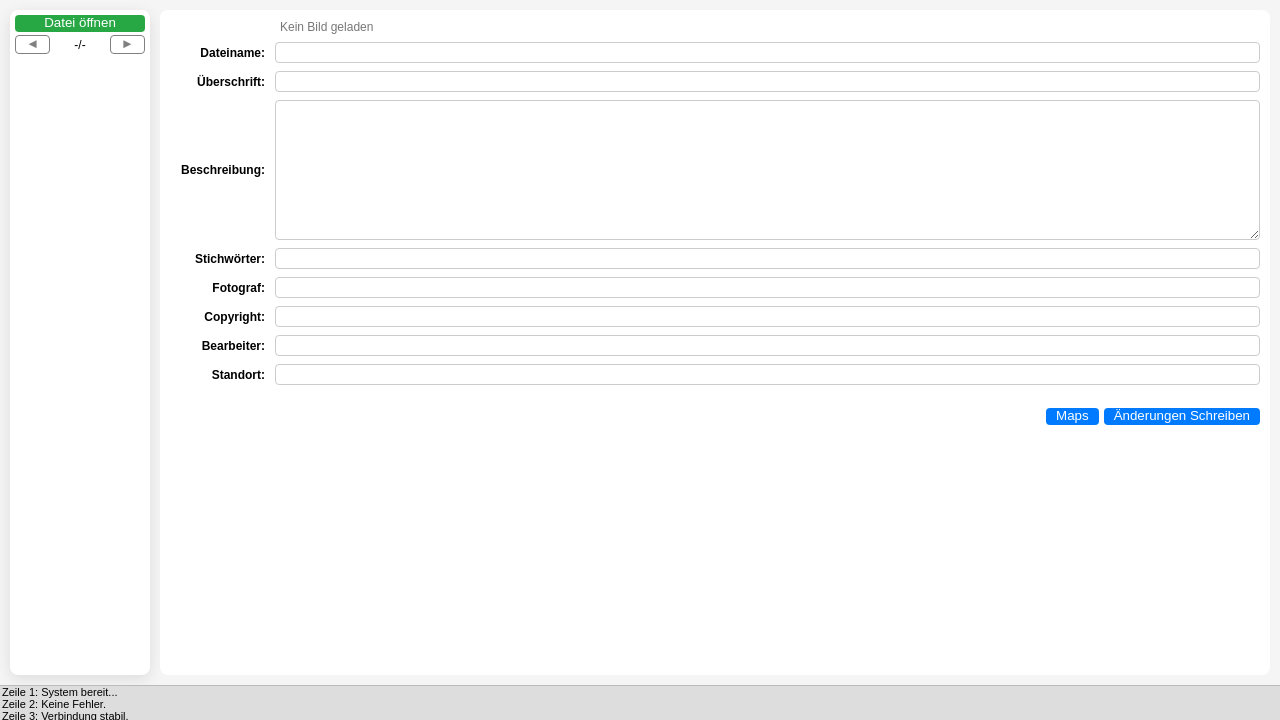
Repository: h-fahle/metadata
Page: ui/index.html
These files come from the project's save history. The page is drawn as it stood at one moment and after the next save; the edit follows.
The browser window is 1280 px wide. The pictures show the whole page.

Above is the page before, as saved 2026-08-19 17:05:05.

### ui/index.html
<!DOCTYPE html>
<html lang="de">

<head>
	<meta charset="UTF-8">
	<title>Tauri ExifTool Test</title>
	<script src="script.js" defer></script>
	<link rel="stylesheet" href="style.css">
</head>

<body>

	<main id="main-container">

		<!-- Das Vorschaubild links -->
		<aside id="sidebar">

			<button id="file-open" onclick="dateiAuswählen()">Datei öffnen</button>

			<div id="nav">
				<button class="blaettern" onclick="blaettern(-1)">◄</button>
				<span id="img-nummer">-/-</span>
				<button  class="blaettern" onclick="blaettern(1)">►</button>
			</div>

<!-- 		<select id="menue-oeffnen" onchange="menueAktion(this)" >
				<option value="dateien">🖼️ Bilder öffnen...</option>
				<option value="ordner">📁 Ordner öffnen...</option>
			</select>
 -->
			<img id="vorschau-bild" src="" style="display:none;" />
			<div id="bild-info" style="text-align:center;">
				<span id="img-datum"></span><br>
				<span id="img-groesse"></span>
			</div>
		</aside>

		<!-- Das Formular rechts -->
		<section id="form-container">

			<div id="ordner-pfad">Kein Bild geladen</div>

			<div class="form-row tooltip" data-tooltip=
"Im Einzelmodus: Änderung des Dateinamens bewirkt
   Umbenennung der Datei.
Im Stapelmodus: Ordnername is nicht änderbar.!">
				<label for="filename">Dateiname:</label>
				<input type="text" id="filename" name="filename"/>
			</div>

			<div class="form-row tooltip" data-tooltip=
"Auch: (Dokument-)Titel, Schlagzeile, Headline">
				<label for="caption">Überschrift:</label>
				<input type="text" id="caption" name="caption"/>
			</div>

			<div class="form-row tooltip" data-tooltip=
"Beschreibender Text in beliebiger Länge.
(Im Stapelmodus wird der eingegebene Text
   an vorhandenen angehängt.)
Hinweis: Einige Programme zeigen nur 2.000 Zeichen
   oder auch weniger an.">
				<label for="description">Beschreibung:</label>
				<textarea id="description" name="description"></textarea>
			</div>

			<div class="form-row tooltip" data-tooltip=
"Komma-separierte Liste. Groß-/Kleinschreibung beachten.
Im Stapelmodus werden die eingegebenen Stichwörter
   an vorhandene angehängt.">
				<label for="keywords">Stichwörter:</label>
				<input type="text" id="keywords" name="keywords"/>
			</div>

			<div class="form-row tooltip" data-tooltip=
"Urheber, Ersteller, Autor
(Tags: Artitst, Creator, By-line)">
				<label for="creator">Fotograf:</label>
				<input type="text" id="creator" name="creator"/>
			</div>

			<div class="form-row tooltip" data-tooltip=
"Urheberrechtshinweis; enthält in der Regel:
Name des Fotografen, Aufnahmejahr und Nutzungsrechte;
(z.B. 'Copyright [1975] [Mustermann], Alle Rechte vorbehalten')">
				<label for="copyright">Copyright:</label>
				<input type="text" id="copyright" name="copyright"/>
			</div>

			<div class="form-row tooltip" data-tooltip=
"Verfasser der Metadaten
(Tags: Caption Writer, Writer Editor)">
				<label for="editor">Bearbeiter:</label>
				<input type="text" id="editor" name="editor"/>
			</div>

			<div class="form-row tooltip" data-tooltip=
"GPS-Koordinaten in Dezimalgrad (51.49129, 8.43317).
Ermitteln der Koordinaten in der Google Maps-Karte:
  1. mit rechter Maustaste auf den Standort klicken,
  2. auf die angezeigten Koordinaten klicken,
  3. der so gespeicherte Wert kann dann mit Strg+V
     kopiert werden.">
				<label for="position">Standort:</label>
				<input type="text" id="position" name="position"/>
			</div>

			<!-- Button-Leiste -->
			<div class="button-group" style="text-align: right; margin-top: 15px;">
				<button type="button" onclick="zeigeMaps(event)" style="background: #007BFF;">Maps</button>
				<button type="button" onclick="exifSchreiben(event)" style="background: #007BFF;">Änderungen Schreiben</button>
			</div>

		</section>  <!-- Ende der form-containers-->
	</main> <!-- Ende des main-containers -->

	<footer id="statusleiste">
		<div id="status-text">
			Zeile 1: System bereit...<br>
			Zeile 2: Keine Fehler.<br>
			Zeile 3: Verbindung stabil.<br>
			Zeile 4: Diese Zeile löst das Scrollen aus!
		</div>
	</footer>


</body>

</html>

### ui/script.js
let aktuellerBildPfad = "";
let bilderListe = [];
let aktuellerIndex = -1;
let status = document.getElementById('statusleiste');


function zeigeStatus(nachricht) {
    status.innerText = nachricht;
}

async function dateiAuswählen() {
    try {
        const ergebnis = await window.__TAURI__.core.invoke('plugin:dialog|open', {
            options: {
                title: 'Bilddatei für ExifTool auswählen',
                directory: false,
                multiple: false,
                filters: [
                    { name: 'Bilder', extensions: ['jpg', 'jpeg', 'png', 'gif', 'tif', 'tiff', 'webp', 'avif', 'heic', 'heif'] }
                ]
            }
        });

        if (ergebnis) {
            const pfad = typeof ergebnis === 'object' ? ergebnis.path : ergebnis;
            aktuellerBildPfad = pfad;

            // Bilderliste des Ordners auslesen
            await ladeOrdnerBilder(pfad);

            // Metadaten für das aktuelle Bild einlesen
            exifAuslesen();
        }
    } catch (fehler) {
        zeigeStatus("Dialog-Fehler: " + fehler);
    }
}

async function ladeOrdnerBilder(pfad) {
    try {
        bilderListe = await window.__TAURI__.core.invoke('hole_ordner_bilder', { dateipfad: pfad });
        // Finde den Index des aktuell geöffneten Bildes
        aktuellerIndex = bilderListe.indexOf(pfad);
    } catch (fehler) {
        console.error("Fehler beim Laden des Ordnerinhalts:", fehler);
        ausgabe.innerHTML = "<span style='color: red;'>Fehler beim Laden des Ordnerinhalts: " + fehler + "</span>";
        bilderListe = [pfad];
        aktuellerIndex = 0;
    }
}

function blaettern(richtung) {
    if (bilderListe.length === 0) return;

    aktuellerIndex += richtung;

    // Begrenzungen einhalten
    if (aktuellerIndex < 0) {
        aktuellerIndex = 0;
        return;
    }
    if (aktuellerIndex >= bilderListe.length) {
        aktuellerIndex = bilderListe.length - 1;
        return;
    }

    aktuellerBildPfad = bilderListe[aktuellerIndex];
    exifAuslesen();
}

async function exifAuslesen() {
    const pfad = aktuellerBildPfad;
    const vorschauImg = document.getElementById("vorschau-bild");

    zeigeStatus("Rufe ExifTool auf...");

    try {
        // 1. Metadaten über Rust holen
        const jsonText = await window.__TAURI__.core.invoke('lese_bild_metdaten', { dateipfad: pfad });
        const datenObjekt = JSON.parse(jsonText)[0]; 	// Das 1. JSON-Objekt im JSON-Array in JS-Objekt umwandeln

        if (bilderListe.length > 0) {
            document.getElementById('img-nummer').innerText = `${aktuellerIndex + 1}/${bilderListe.length}`;
        } else {
            document.getElementById('img-nummer').innerText = '0/0';
        }

        let aufnahmeDatum = datenObjekt.DateTimeOriginal;
        if (typeof aufnahmeDatum === 'undefined') aufnahmeDatum = '---';

        document.getElementById('img-datum').innerText = '\u{1F4F7} ' + aufnahmeDatum || '';
        document.getElementById('img-groesse').innerText = '⤢ ' + datenObjekt.ImageSize || '';

        document.getElementById('filename').value = datenObjekt.FileName || '';
        document.getElementById('caption').value = datenObjekt.CMB_Caption || '';
        document.getElementById('description').value = datenObjekt.Description || '';
        document.getElementById('keywords').value = datenObjekt.Keywords || '';
        document.getElementById('creator').value = datenObjekt.Creator || '';
        document.getElementById('copyright').value = datenObjekt.Copyright || '';
        document.getElementById('editor').value = datenObjekt.CMB_Editor || '';
        document.getElementById('position').value = datenObjekt.GPSPosition || '';

        const vollerPfad = pfad;
        // Erkennt automatisch Linux-Schrägstriche (/) und Windows-Backslashes (\)
        const letzterSlash = Math.max(vollerPfad.lastIndexOf('/'), vollerPfad.lastIndexOf('\\'));
        let ordner = "Unbekannt";
        if (letzterSlash !== -1) {
            ordner = vollerPfad.substring(0, letzterSlash);
        }
        // Den berechneten Ordnerpfad in das neue Label schreiben
        document.getElementById('ordner-pfad').innerText = ordner;

        // Wir nehmen das erste Element der Liste (ExifTool liefert immer ein Array)
        zeigeStatus(jsonText);

        // Wir fragen Rust nach dem besten Weg für das Bild
        const vorschauErgebnis = await window.__TAURI__.core.invoke('hole_vorschaubild', { dateipfad: pfad });

        if (vorschauErgebnis === "STANDARD") {
            // Normales JPG/PNG über das Asset-Protokoll
            const assetUrl = window.__TAURI__.core.convertFileSrc(pfad);
            vorschauImg.src = assetUrl + "?t=" + new Date().getTime();
        } else if (vorschauErgebnis.startsWith("data:[embedded picture, 23 characters]")) {
            // TIF/TIFF über den im RAM kompilierten Rust-Wandler
            vorschauImg.src = vorschauErgebnis;
        }

        vorschauImg.style.display = "block";

    } catch (fehler) {
        zeigeStatus("Fehler: " + fehler);
        vorschauImg.style.display = "none";
    }
}

async function zeigeMaps(event) {
    event.preventDefault()
    let gps = document.getElementById('position').value;

    try {
        // Ruft direkt unsere eigene, sichere Rust-Funktion auf
        await window.__TAURI__.core.invoke('oeffne_maps_browser', {
            gpsString: gps
        });
    } catch (fehler) {
        console.error("Fehler:", fehler);
        ausgabe.innerHTML = "<span style='color: red;'>Fehler bei öffnen Maps: " + fehler + "</span>";
    }
}

async function exifSchreiben(ereignis) {
    if (ereignis) ereignis.preventDefault();  // verbietet dem Browser den automatischen Seiten-Reset!

    const pfad = aktuellerBildPfad;

    zeigeStatus("Speichere Daten über ExifTool...");

    // Wir sammeln alle aktuellen Werte aus den Eingabefeldern ein
    const daten = {
        dateipfad: pfad,
        filename: document.getElementById('filename').value,
        caption: document.getElementById('caption').value,
        description: document.getElementById('description').value,
        keywords: document.getElementById('keywords').value.split(',').map(s => s.trim()).join(', '),
        creator: document.getElementById('creator').value,
        copyright: document.getElementById('copyright').value,
        editor: document.getElementById('editor').value,
        gps: document.getElementById('position').value
    };

    try {
        // Wir schicken das gesamte Paket an die Rust-Funktion 'schreibe_bild_metdaten'
        const antwort = await window.__TAURI__.core.invoke('schreibe_bild_metdaten', daten);

        // Bei Erfolg zeigen wir die Meldung in grüner Schrift an
        zeigeStatus(antwort);

        // 2. Da der Pfad dank preventDefault() jetzt bombenfest im Feld stehen bleibt,
        // funktioniert das Neuladen nun augenblicklich und fehlerfrei!
        await exifAuslesen();

    } catch (fehler) {
        // Falls etwas schiefgeht (z.B. Datei schreibgeschützt), zeigen wir den Fehler an
        zeigeStatus("Fehler: " + fehler);
    }
}

### ui/style.css
/* 1. Das App-Fenster exakt auf 100% fixieren (kein äußeres Scrollen) */
html, body {
	margin: 0;
	padding: 0;
	height: 100vh;
	width: 100vw;
	overflow: hidden; /* Verhindert jegliche äußere Scrollbalken */
	background: #f5f5f5;
	font-family: sans-serif;
	font-size: 12px;
	display: flex;
	flex-direction: column; /* Hauptinhalt oben, Statusleiste unten */
}

/* Allumfassender Box-Sizing-Fix für die gesamte App */
*, *::before, *::after {
	box-sizing: border-box;
}

/* 2. Der Hauptbereich füllt den gesamten oberen Platz aus */
#main-container {
	flex: 1;
	display: flex;
	flex-direction: row; /* Elemente nebeneinander */
	gap: 10px;
	padding: 10px;
	overflow: hidden; /* Verhindert, dass Riesen-Inhalte das Fenster sprengen */
}

/* 3. LINKS: Die Sidebar mit fester Breite */
#sidebar {
	width: 140px;
	min-width: 140px; /* Lässt die Sidebar niemals schrumpfen */
	background-color: #ffffff;
	border-radius: 8px;
	padding: 5px;
	box-shadow: 0 4px 15px rgba(0, 0, 0, 0.1);
}

/* 4. RECHTS: Das Formular nimmt den gesamten Rest ein und wächst mit */
#form-container {
	flex: 1; /* Nimmt 100% des restlichen Platzes ein */
	min-width: 0; /* Erlaubt Flexbox, die Box bei Bedarf zu verkleinern */
	background-color: #ffffff;
	border-radius: 8px;
	padding: 10px;
	display: flex;
	flex-direction: column;
	gap: 8px;
}

/* Jede Zeile wird zu einer horizontalen Flexbox */
.form-row {
	display: flex !important;
	flex-direction: row;
	align-items: center; /* Richtet Label und Input vertikal mittig zueinander aus */
	gap: 10px;           /* Abstand zwischen Label und Input */
	width: 100%;
}

/* Die Labels bekommen eine feste Breite, damit alle Inputs sauber untereinander starten */
.form-row label {
	width: 95px;         /* Breite je nach längstem Label-Text anpassen */
	min-width: 95px;     /* Verhindert, dass das Label zusammengedrückt wird */
	text-align: right;   /* Optional: Richtet den Text rechtsbündig zum Input aus */
	font-weight: bold;
}

/* Die Eingabefelder füllen jetzt den gesamten restlichen Platz der Zeile aus */
.form-row input,
.form-row textarea {
	flex: 1;             /* Zwingt das Input-Feld, den Rest der Zeile einzunehmen */
	width: 100%;
	min-width: 0;        /* Erlaubt dem Input, bei sehr kleinen Fenstern stabil zu schrumpfen */
	/* padding: 8px; */
	border: 1px solid #ccc;
	border-radius: 4px;
	padding: 2px;
	-webkit-font-smoothing: antialiased;
}
.form-row textarea {
	min-height: 140px;
}


/* 5. UNTEN: Die Statusleiste mit fixer Höhe und eigenem Scrollbalken */
#statusleiste {
	height: 35px; /* Feste Höhe für ca. 2 Zeilen Text */
	min-height: 35px;
	background-color: #ddd;
	color: black;
	padding: 0 2px;
	overflow-y: auto; /* Vertikaler Scrollbalken erscheint NUR bei Bedarf */
	overflow-x: hidden; /* Verhindert horizontales Scrollen in der Statusleiste */
	-webkit-font-smoothing: antialiased;
	border-top: 1px solid #bbb;
	font-size: 11px;
}




div#nav {
	width: 130px;
	display: flex;
	justify-content: space-between;
	align-items: center;
	margin-bottom: 10px;
}

#vorschau-bild {
	width: 130px;
	height: auto;
	border: 1px outset gray;
}


/* Container des Formulars ----------------------------------------- */
#mein-formular-container {
	flex-grow: 1;
	margin: 0;
	padding: 5px 10px;
	background-color: #ffffff;
	border-radius: 8px;
	box-shadow: 0 4px 15px rgba(0, 0, 0, 0.1);
	font-family: Arial, sans-serif;
}

#mein-formular-container div {
	display: flex;
	align-items: center;
	margin: 6px 0;
	/* Geringer Zeilenabstand */
	width: 100%;
	margin-top: 5px;
	/* Kleiner Abstand nach oben */
	margin-bottom: 5px;
	/* Kleiner Abstand nach unten */
}

#ordner-pfad {
	margin-left: 110px !important;
	color: #777777;
}


/* Bedien-Elemente -------------------------------------------- */
button {
	padding: 0px 10px 2px 10px;
	cursor: pointer;
	background: #28a745;
	color: white;
	border: none;
	border-radius: 4px;
}

button#file-open {
	width: 130px;
	margin-bottom: 3px;
}

button.blaettern {
	border: 1px solid gray;
	color: gray;
	background-color: white;
}

/* Der Absendeknopf richtet sich nach den Eingabefeldern aus */
.button-group {
	display: flex;
	justify-content: flex-end;
}

.button-group button {
	margin-left: 5px;
}

select {
	-moz-appearance: none;
	-webkit-appearance: none;
	appearance: none;
	border: none;
	border-radius: 4px;
	background: #28a745;
	color: white;
	width: 120px;
}


/* Formular-Elemente ---------------------------------------------------------- */


.tooltip {
	position: relative;
	display: block;
	/* margin-bottom: 15px; */
	/* Wichtig: Standard-Ebene für alle Zeilen */
	z-index: 1;
}

.tooltip:focus-within {
	z-index: 10;
}

/* Wenn die Maus drüber ist oder getippt wird, MUSS diese Zeile über allen anderen liegen */
.tooltip:hover,
.tooltip:has(input:focus) {
	z-index: 9999 !important;
}

.tooltip:hover {
	z-index: 99999 !important;
}

/* Der Tooltip selbst */
.tooltip:hover::after {
	content: attr(data-tooltip);
	position: absolute;

	/* Vertikale Positionierung (unten) */
	top: 50%;
	margin-top: 8px;
	bottom: auto;

	/* Horizontale Positionierung (an deiner Label-Breite) */
	left: 105px;
	/* Hier wieder deine Label-Breite eintragen */
	right: auto;
	transform: none;

	/* Styling & Farben */
	background-color: #333333;
	color: #ffffff;
	padding: 2px 4px;
	background-color: lightyellow;
	color: black;
	border: 1px solid gray;
	border-radius: 4px;
	font-size: 11px;
	line-height: 1.4;

	/* Dynamische Breite */
	white-space: pre;
	width: max-content;

	/* DIE RETTUNG FÜR DEN Z-INDEX: */
	z-index: 100000;
	pointer-events: none;
	/* Verhindert, dass der Tooltip Maus-Klicks oder Hovers abfängt */
}

After the next save:
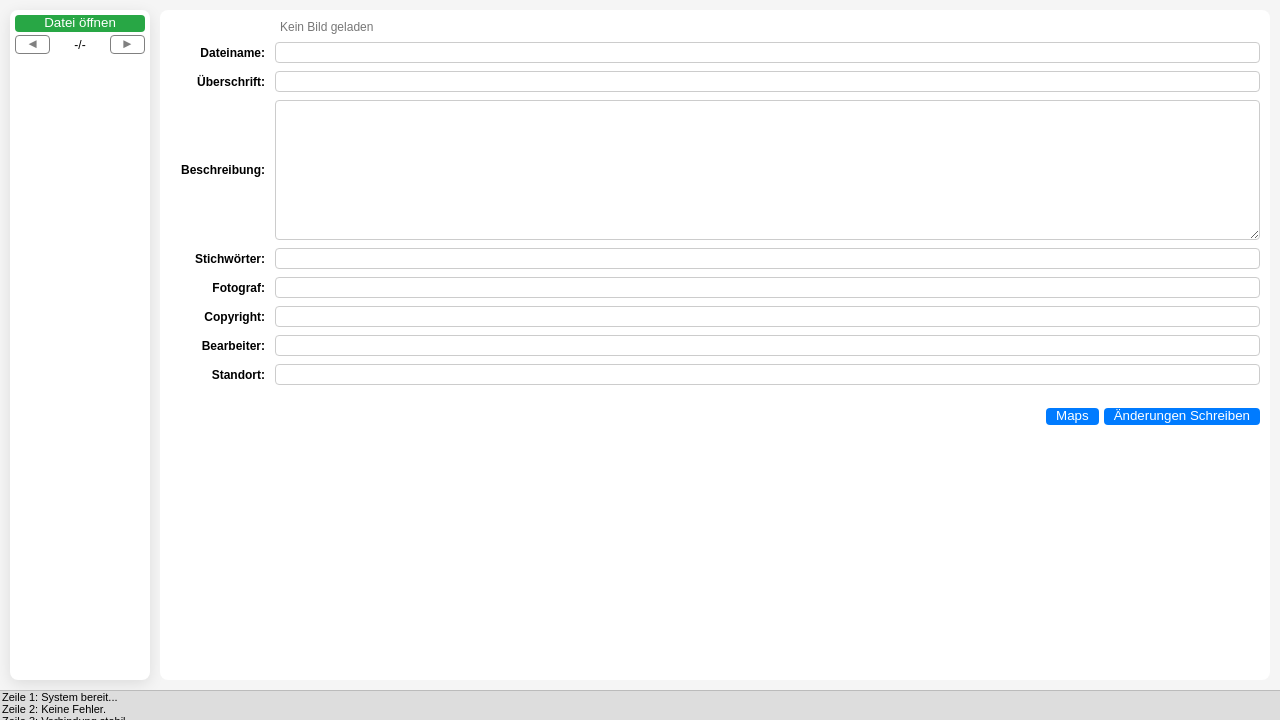
Saved 3 min 5 s later.
--- a/ui/style.css
+++ b/ui/style.css
@@ -85,16 +85,16 @@ html, body {
 
 /* 5. UNTEN: Die Statusleiste mit fixer Höhe und eigenem Scrollbalken */
 #statusleiste {
-	height: 35px; /* Feste Höhe für ca. 2 Zeilen Text */
-	min-height: 35px;
+	height: 30px; /* Feste Höhe für ca. 2 Zeilen Text */
+	min-height: 30px;
+	border-top: 1px solid #bbb;
 	background-color: #ddd;
+	font-size: 11px;
 	color: black;
 	padding: 0 2px;
 	overflow-y: auto; /* Vertikaler Scrollbalken erscheint NUR bei Bedarf */
 	overflow-x: hidden; /* Verhindert horizontales Scrollen in der Statusleiste */
 	-webkit-font-smoothing: antialiased;
-	border-top: 1px solid #bbb;
-	font-size: 11px;
 }
 
 
